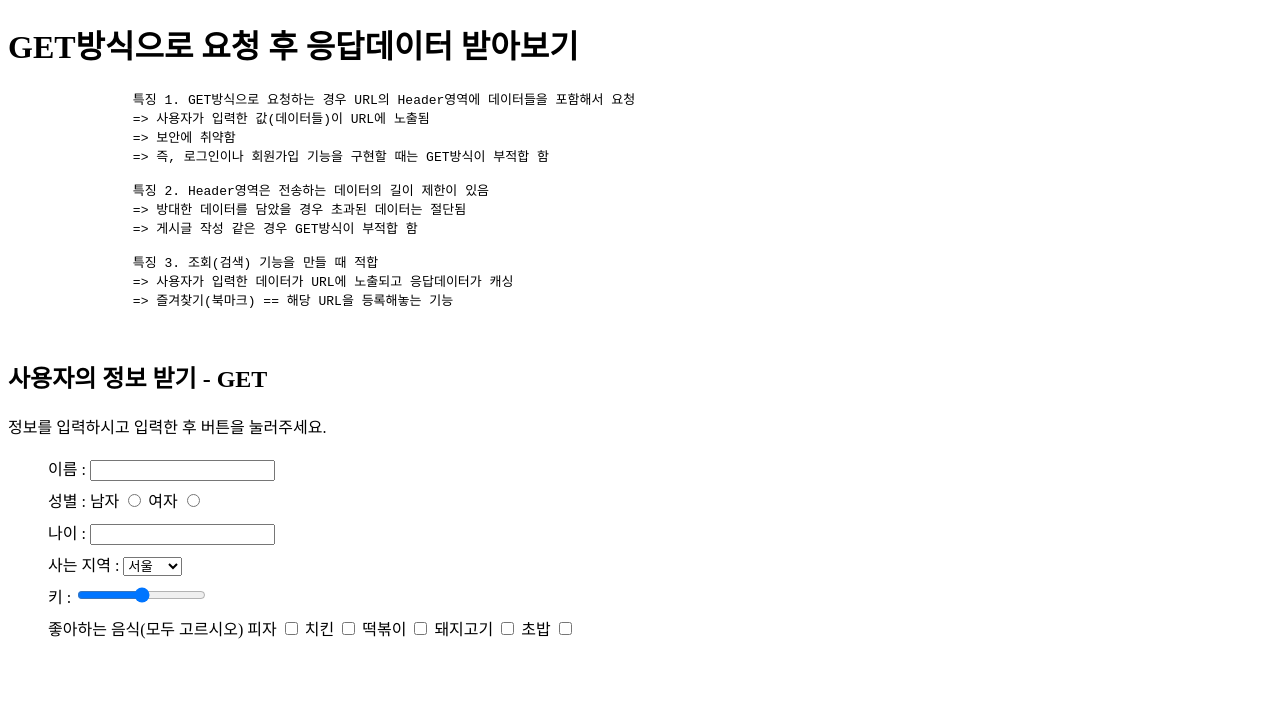
Repository: Rostreaca/0922_Web
Page: MyFirstWebProject/src/main/webapp/views/request_get.html
The author's editor kept a copy of each file at every save. The page is drawn from the files as they stood at one save, then again after the next save.
The browser window is 1280 px wide. The pictures show the whole page.

Above is the page before, as saved 2025-09-22 08:15:25.

After the next save:
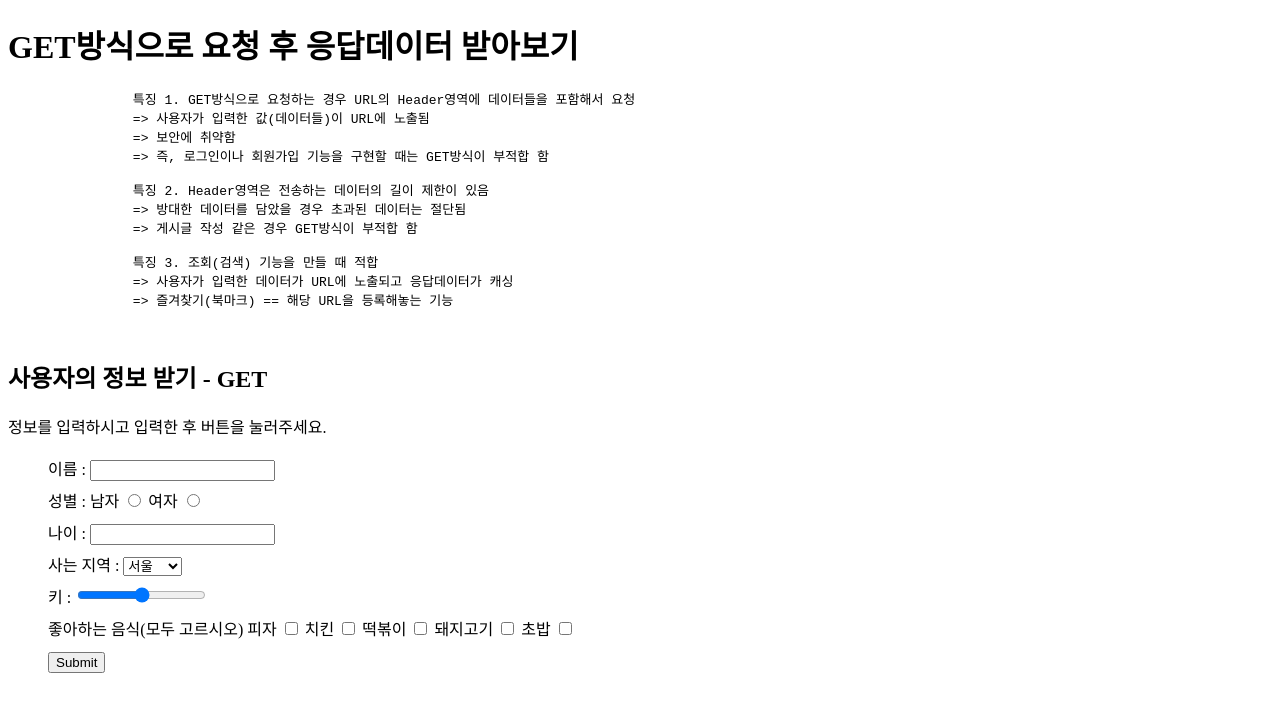
Saved 20 s later.
--- a/MyFirstWebProject/src/main/webapp/views/request_get.html
+++ b/MyFirstWebProject/src/main/webapp/views/request_get.html
@@ -63,6 +63,9 @@
 				돼지고기 <input type="checkbox" />
 				초밥 <input type="checkbox" />
 			</li>
+			<li>
+				<input type="submit" />
+			</li>
 
 		</ul>
 	</form>
